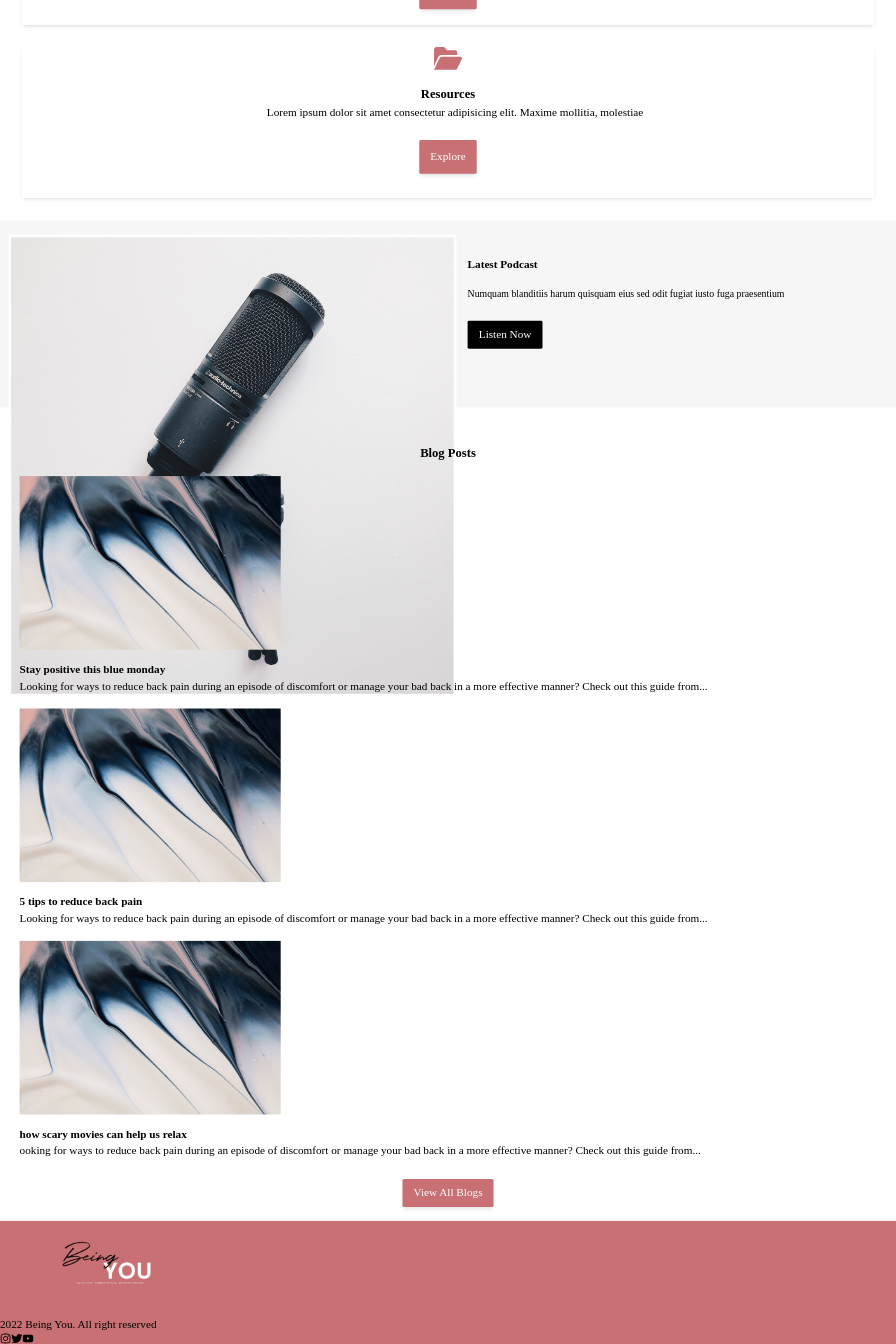
Repository: BrightonMboya/being-you
Page: /
The author's editor kept a copy of each file at every save. The page is drawn from the files as they stood at one save, then again after the next save.
The browser window is 1280 px wide. The pictures show the part of the page from y = 1273 to 3193 px (the page is 3193 px tall before and 3153 px after), at 70% of full size.
The project was rebuilt for these pictures with package versions that can differ from the ones it lists, and the page was loaded fresh each time.

Above is the page before, as saved 2022-05-29 09:58:50.

### src/index.css
@tailwind base;
@tailwind components;
@tailwind utilities;

@layer base {
    html {
        font-family: Cormorant Garamond;
    }
}

### src/App.js
import React from "react";
import NavBar from './Components/Navbar/NavBar';
import HeroSection from "./Components/Hero-Section/HeroSection";
import About from "./Components/About/About"
import Explore from "./Components/Podcast/Explore";
import Podcast from "./Components/Podcast/Podcast";
import Blogs from "./Components/Blog/Blogs";
import Footer from "./Components/Footer/Footer";

function App() {
  return (
    <React.Fragment>
     <NavBar/>
     <HeroSection/>
     <About/>
     <Explore/>
     <Podcast/>
     <Blogs/>
     <Footer/>
    </React.Fragment>
  );
}

export default App;

### src/Components/Navbar/NavBar.jsx
import React, { useState } from 'react'
import { Link } from 'react-scroll'
import logo from '../../assets/logo.png'
import { FaBars, FaTimes, FaInstagram, FaYoutube } from 'react-icons/fa'

const NavBar = () => {
  const [nav, setNav] = useState(false)
  const handleClick = () => setNav(!nav)
  return (
    <React.Fragment>
      <div className="flex items-center justify-between shadow-md">
        <div className="md:hidden">
          <img src={logo} alt="" className="object-cover w-28 h-28" />
        </div>

        {/* menu */}
        <ul className="hidden md:flex gap-[4vh] ml-[6vh] mt-4">
          <li className="mt-5">
            <Link to="home" smooth={true} duration={500}>
              Home
            </Link>
          </li>
          <li className="mt-5">
            <Link to="about" smooth={true} duration={500}>
              About
            </Link>
          </li>
          <li className="mt-5">
            <Link to="listen" smooth={true} duration={500}>
              Listen
            </Link>
          </li>
          <li className="mt-5">
            <Link to="read" smooth={true} duration={500}>
              Read
            </Link>
          </li>
          <li>
            <img src={logo} alt="" className="object-cover w-30 h-20" />
          </li>
          <li className="mt-5">
            <Link to="contact" smooth={true} duration={500}>
              Contact
            </Link>
          </li>
          <li className="mt-5">
            <FaInstagram className="" />
          </li>
          <li className="mt-5">
            <FaYoutube />
          </li>
        </ul>

        {/* Hamburger Menu */}
        <div className="md:hidden z-10" onClick={handleClick}>
          {!nav ? (
            <FaBars className="text-2xl w-full mr-8" />
          ) : (
            <FaTimes className="text-3xl  mr-3" />
          )}
        </div>

        {/* mobile menu */}
        <ul
          className={
            !nav
              ? 'hidden'
              : 'absolute top-0 left-0 w-full h-[60vh] flex flex-col justify-center items-center'
          }
        >
          <li className="text-2xl py-5">
            <Link onClick={handleClick} to="home" smooth={true} duration={500}>
              Home
            </Link>
          </li>
          <li className="text-2xl">
            <Link to="about" smooth={true} duration={500}>
              About
            </Link>
          </li>
          <li className="text-2xl">
            <Link to="listen" smooth={true} duration={500}>
              Listen
            </Link>
          </li>
          <li className="text-2xl">
            <Link to="read" smooth={true} duration={500}>
              Read
            </Link>
          </li>

          <li className="text-2xl">
            <Link to="contact" smooth={true} duration={500}>
              Contact
            </Link>
          </li>
        </ul>
      </div>
    </React.Fragment>
  )
}

export default NavBar

### src/Components/Hero-Section/HeroSection.jsx
import React from 'react'
import hero from '../../assets/hero.png'

const HeroSection = () => {
  return (
    <div
      style={{
        backgroundImage: `url(${hero})`,
        objectPosition: 'cover',
      }}
      className="object-cover bg-cover bg-no-repeat h-[30vh] md:h-[30vh]"
    >
      <div className="flex flex-col items-center justify-center pt-[7vh]">
        <h3 className="text-center text-lg text-white font-medium py-[3vh] md:text-4xl">
          Loving Self. Embracing life. Defining purpose
        </h3>

        <button className="bg-[#C87073] text-white mb-5 px-5 py-1 text-sm md:py-4 px-7 text-lg">
          Learn More
        </button>
      </div>
    </div>
  )
}

export default HeroSection

### src/Components/About/About.jsx
import React from "react";
import about from "../../assets/about.jpg";

const About = () => {
  return (
    <div className="flex flex-col justify-center items-center bg-[#F6F6F6]">
      <div className="py-6 md:grid grid-cols-3 gap-3">
        <div className="mt-6">
          <h3 className="text-center font-semibold">About</h3>
          <p className="text-center px-4 md:mt-3">
            "The Value of identity of course is that so often with it comes
            purpose.
          </p>
        </div>
        <img src={about} alt="" className="mt-6 px-8" />
        <p className="text-center px-3 text-sm mt-7 md:text-base">
          Lorem ipsum dolor sit amet consectetur adipisicing elit. Maxime
          mollitia, molestiae vel sint commodi repudiand consequuntur voluptatum
            <br/>
          blanditiis harum quisquam eius sed odit fugiat iusto fuga praesenti
          optio, eaque rerum! Provident similique accusanti nemo autem.
        </p>
      </div>
    </div>
  );
};

export default About;

### src/Components/Podcast/Explore.jsx
import React from "react";
import ExploreCard from "./ExploreCard";
import book from "../../assets/book.svg";
import podcast from "../../assets/podcast.svg";
import resources from "../../assets/resources.svg";

const Explore = () => {
  return (
    <div className="mt-5">
      <h3 className="text-center font-semibold text-lg">Explore</h3>
      <div className="flex flex-col px-8">
        <ExploreCard
          image={book}
          title="Books"
          description="Lorem ipsum dolor sit amet consectetur adipisicing elit. Maxime mollitia, molestiae "
          action="Read On"
        />
        <ExploreCard
          image={podcast}
          title="Podcast"
          description="Lorem ipsum dolor sit amet consectetur adipisicing elit. Maxime mollitia, molestiae "
          action="Tune In"
        />
        <ExploreCard
          image={resources}
          title="Resources"
          description="Lorem ipsum dolor sit amet consectetur adipisicing elit. Maxime mollitia, molestiae "
          action="Explore"
        />

      </div>
    </div>
  );
};

export default Explore;

### src/Components/Podcast/Podcast.jsx
import React from "react";
import mic from "../../assets/mic.jpg";

const Podcast = () => {
  return (
    <div className="bg-[#F6F6F6] mt-8 h-[37vh]">
      <div className="grid grid-cols-2">
        <img
          src={mic}
          alt=""
          className="h-full w-25 object-cover ml-3  mt-5 border-4 border-white"
        />
        <div className="mt-[7vh] ml-7">
          <h3 className="font-semibold">Latest Podcast</h3>
          <p className="text-sm mr-5 mt-5">
            Numquam blanditiis harum quisquam eius sed odit fugiat iusto fuga
            praesentium
          </p>

          <button className="mt-7 bg-black text-white px-4 py-2 rounded-sm shadow-mdF">
            Listen Now
          </button>
        </div>
      </div>
    </div>
  );
};

export default Podcast;

### src/Components/Blog/Blogs.jsx
import React from "react";
import BlogCard from "./BlogCard";
import blog from "../../assets/blog.png";

const Blogs = () => {
  return (
    <div>
      <div className="mt-[7vh]">
        <h3 className="text-center font-semibold text-lg">Blog Posts</h3>
        <div>
          <BlogCard
            image={blog}
            title="Stay positive this blue monday"
            description="Looking for ways to reduce back pain during an episode of
            discomfort or manage your bad back in a more effective manner? Check out this guide from..."
          />
          <BlogCard
            image={blog}
            title="5 tips to reduce back pain"
            description="Looking for ways to reduce back pain during an episode of
            discomfort or manage your bad back in a more effective manner? Check out this guide from..."
          />
          <BlogCard
            image={blog}
            title="how scary movies can help us relax"
            description="ooking for ways to reduce back pain during an episode of
            discomfort or manage your bad back in a more effective manner? Check out this guide from..."
          />
        </div>

        <div className="flex items-center justify-center mb-5">
          <button className="mt-7 bg-[#C87073] text-white px-4 py-2 rounded-sm shadow-md">
            View All Blogs
          </button>
        </div>
      </div>
    </div>
  );
};

export default Blogs;

### src/Components/Footer/Footer.jsx
import React from "react";
import logo2 from '../../assets/logo2.png'
import {FaInstagram, FaTwitter, FaYoutube} from 'react-icons/fa'

const Footer = () => {
    const year = new Date().getFullYear();
  return <div className="bg-[#C87073]">
      <div>
          <img src={logo2} alt="" />
      </div>

      <div>
        <h2>{year} Being You. All right reserved</h2>
      </div>

      <div className="flex">
          <FaInstagram/>
          <FaTwitter/>
          <FaYoutube/>
      </div>
  </div>;
};

export default Footer;

### src/Components/Podcast/ExploreCard.jsx
import React from "react";

const ExploreCard = (props) => {
  return (
    <div className="mt-8">
      <div className="flex flex-col items-center shadow-md h-[30vh]">
        <img src={props.image} alt="" />
        <h3 className="mt-5 font-semibold text-lg">{props.title}</h3>
        <p className="ml-5">{props.description}</p>

        <button className="mt-7 bg-[#C87073] text-white px-4 py-3 rounded-sm shadow-md">{props.action}</button>
      </div>
    </div>
  );
};

export default ExploreCard;

### src/Components/Blog/BlogCard.jsx
import React from 'react'

const BlogCard = (props) => {
  return (
    <div>
        <div className='px-7'>
            <img src={props.image} alt="" className='mt-5 object-cover'/>
            <h3 className='mt-4 font-semibold text-base'>{props.title}</h3>
            <p>{props.description}</p>
        </div>
    </div>
  )
}

export default BlogCard

Loaded but not shown: public/index.html (common file); src/index.js (common file); tailwind.config.js (common file)

After the next save:
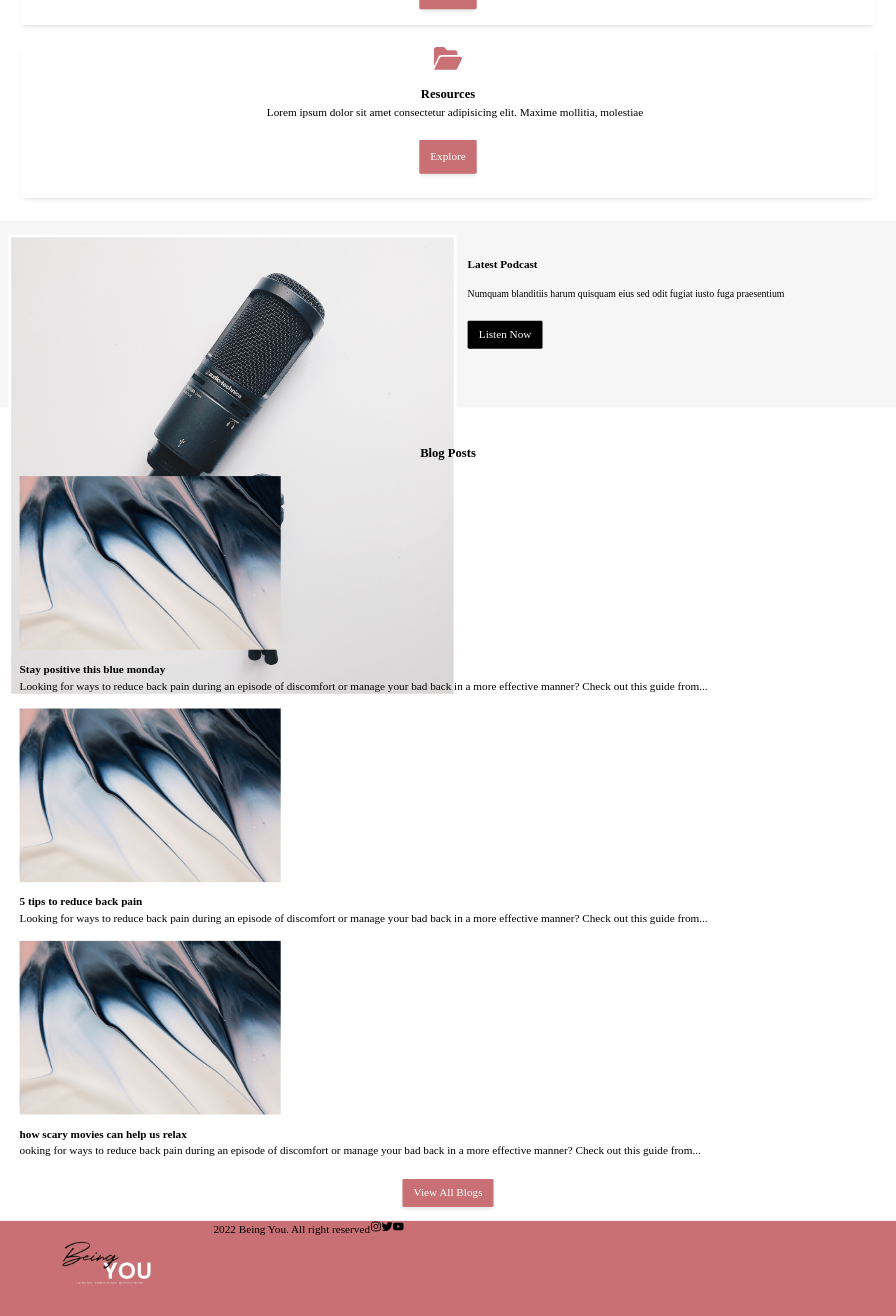
Saved 4 min 15 s later.
--- a/src/Components/Footer/Footer.jsx
+++ b/src/Components/Footer/Footer.jsx
@@ -4,7 +4,7 @@ import {FaInstagram, FaTwitter, FaYoutube} from 'react-icons/fa'
 
 const Footer = () => {
     const year = new Date().getFullYear();
-  return <div className="bg-[#C87073]">
+  return <div className="bg-[#C87073] flex">
       <div>
           <img src={logo2} alt="" />
       </div>
